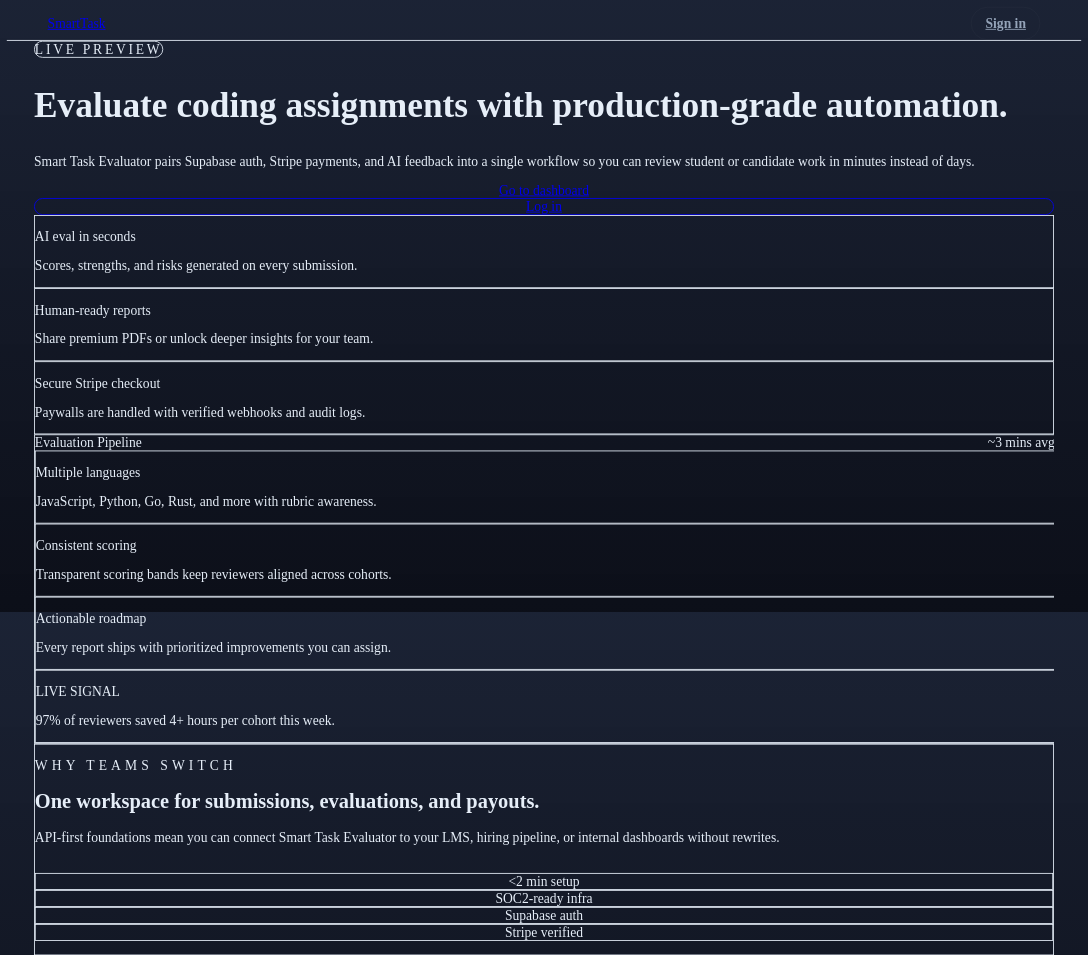
Repository: puneethyerninti/smart-task-evaluator
Page: /
An editor plug-in stored every save of this project. The page is shown before and after the next save, followed by the edit.
The browser window is 1280 px wide. The pictures show the whole page, at 85% of full size.
The project was rebuilt for these pictures with package versions that can differ from the ones it lists, and the page was loaded fresh each time. The framework's server and built-in components were replaced by stand-ins that run in the browser. Also part of the build but not shown: next.config.ts.

Above is the page before, as saved 2025-12-02 19:02:39.

After the next save:
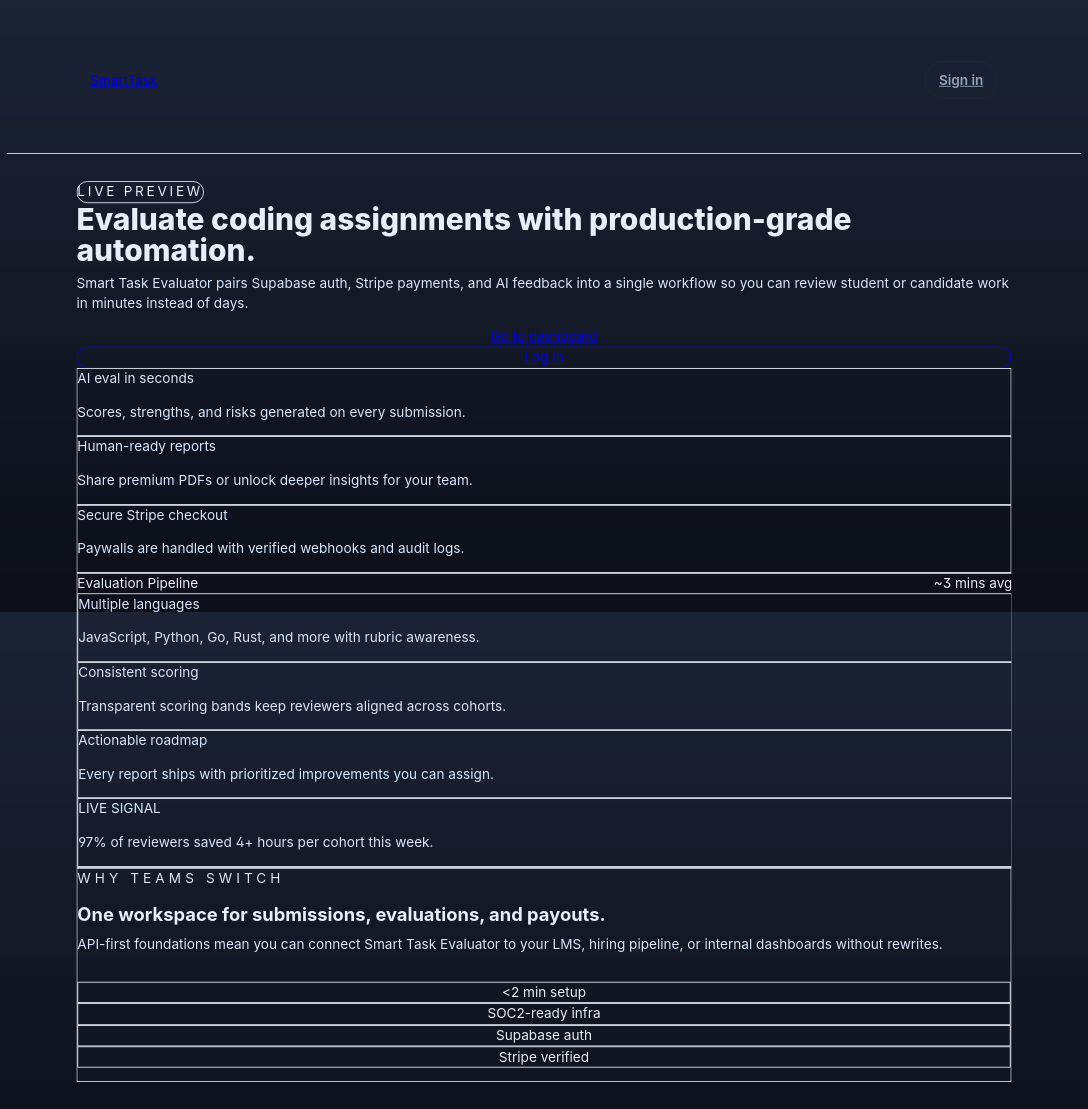
Saved 5 min 38 s later.
--- a/app/globals.css
+++ b/app/globals.css
@@ -41,6 +41,10 @@ body {
   -webkit-font-smoothing:antialiased;
   -moz-osx-font-smoothing:grayscale;
   font-feature-settings: "ss01" on;
+  /* sensible system sans-serif stack to avoid unexpected serif rendering */
+  font-family: Inter, ui-sans-serif, system-ui, -apple-system, "Segoe UI", Roboto, "Helvetica Neue", Arial;
+  font-size: 16px;
+  line-height: 1.45;
 }
 
 /* Selection color */
@@ -51,11 +55,13 @@ body {
 
 /* Container helper */
 .container-xl {
-  max-width: 1200px;
+  max-width: 1100px;
   margin-left: auto;
   margin-right: auto;
   padding-left: 1rem;
   padding-right: 1rem;
+  padding-top: 2rem;
+  padding-bottom: 2rem;
 }
 
 /* Card surface used across dashboard */
@@ -149,14 +155,21 @@ body {
 .glass { background: var(--glass); -webkit-backdrop-filter: blur(6px); backdrop-filter: blur(6px); }
 
 /* Responsive typography */
-h1 { font-size: 1.9rem; line-height: 1.05; }
-h2 { font-size: 1.35rem; }
-h3 { font-size: 1.05rem; }
+h1 { font-size: 1.6rem; line-height: 1.05; margin: 0 0 0.6rem; font-weight: 800; }
+h2 { font-size: 1.15rem; margin: 0 0 0.5rem; font-weight: 700; }
+h3 { font-size: 1rem; margin: 0 0 0.45rem; font-weight: 700; }
 
 @media (min-width: 768px) {
-  h1 { font-size: 2.6rem; }
-  h2 { font-size: 1.5rem; }
+  h1 { font-size: 2.2rem; }
+  h2 { font-size: 1.35rem; }
 }
+
+/* Paragraphs and lists spacing */
+p { margin: 0 0 1rem 0; font-size: 1rem; color: #d7e6fb; }
+ul, ol { margin: 0 0 1rem 1.25rem; }
+
+/* Page-level wrapper to prevent full-bleed sections */
+.page-wrap { max-width: 1100px; margin: 0 auto; padding: 2rem; }
 
 /* Accessibility */
 a:focus { outline: 2px dashed rgba(99,102,241,0.36); outline-offset: 3px; }
